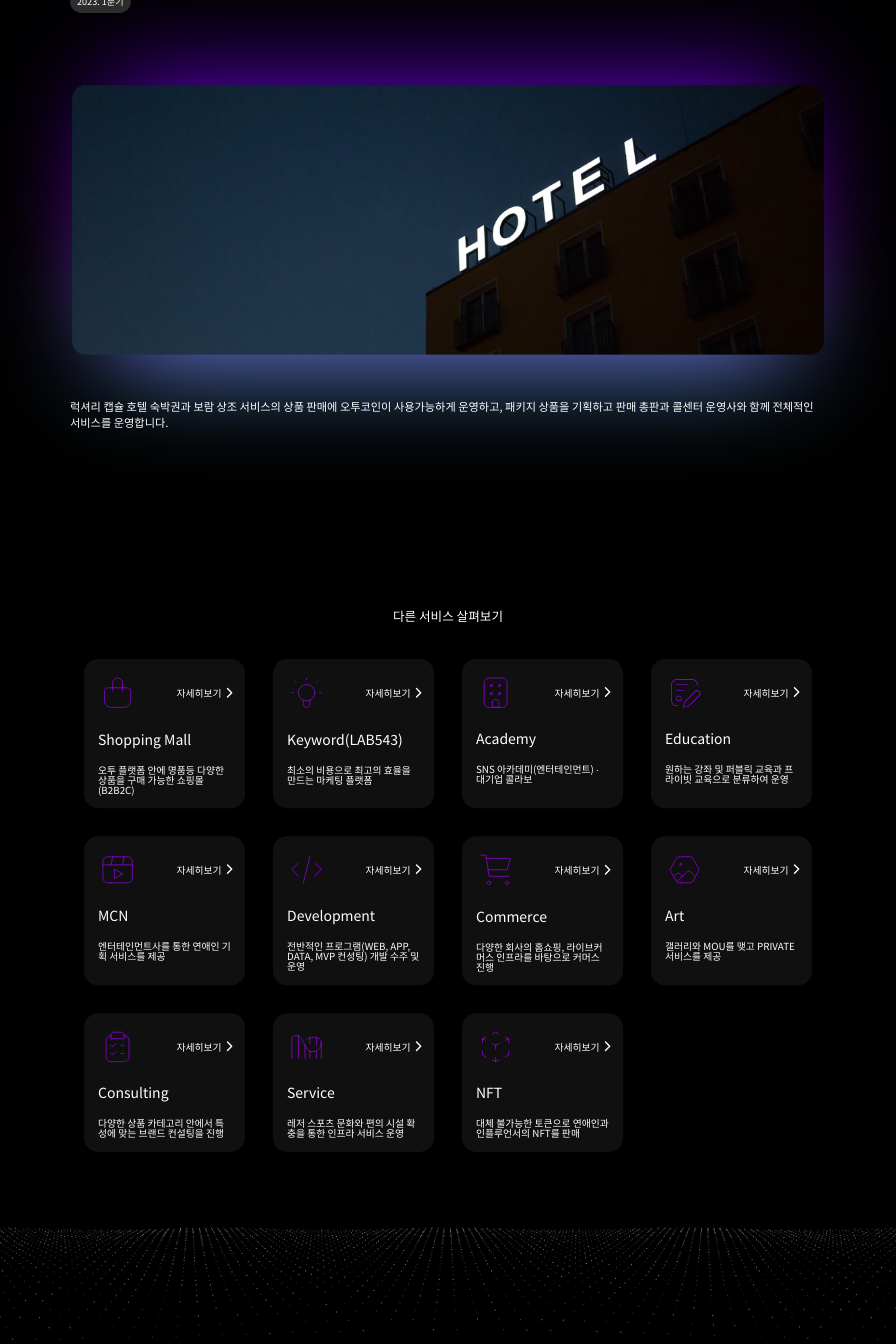
Repository: songhun115/Otwo
Page: sub-page/sub-service.html
The author's editor kept a copy of each file at every save. The page is drawn from the files as they stood at one save, then again after the next save.
The browser window is 1280 px wide. The pictures show the part of the page from y = 1121 to 3041 px (the page is 3041 px tall before and 2929 px after), at 70% of full size.

Above is the page before, as saved 2022-11-23 10:15:07.
Not found: js/three.js

After the next save:
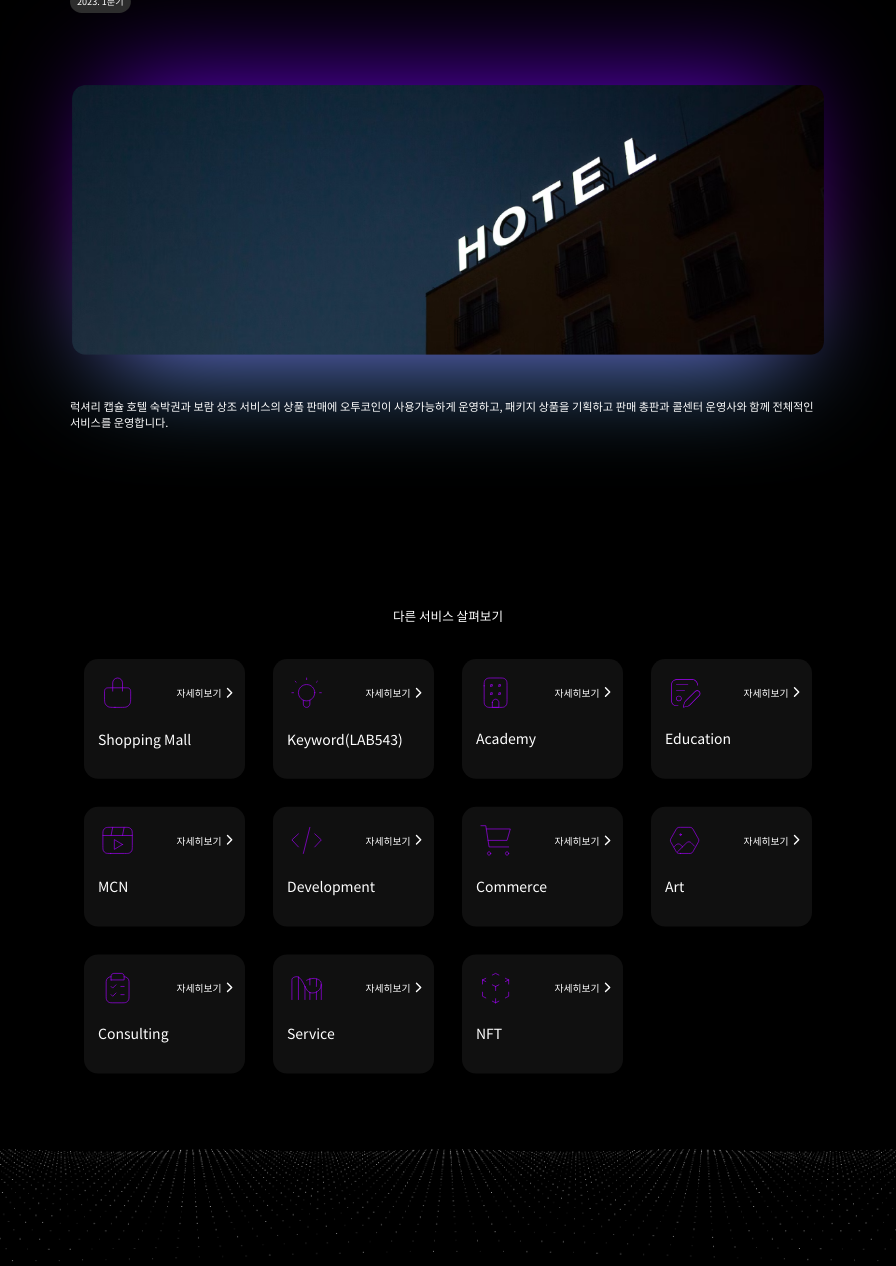
Saved 8 s later.
--- a/css/content.css
+++ b/css/content.css
@@ -127,8 +127,8 @@ body.over{overflow: hidden;}
   .platform-item{position: relative; overflow: hidden; }
   .platform-item:hover .platform-hide-con{bottom: 10px;}
 
-  .platform-item:hover .platform-img{padding-bottom: 30px;} */
-   /* .platform-item:hover .platform-category{padding-bottom: 30px;} */
+  .platform-item:hover .platform-img{padding-bottom: 30px;}
+   .platform-item:hover .platform-category{padding-bottom: 30px;}
   .platform-hide-con{position: absolute; bottom: -50%; left: 0; transition: 0.3s; padding:20px ;}
 
 
